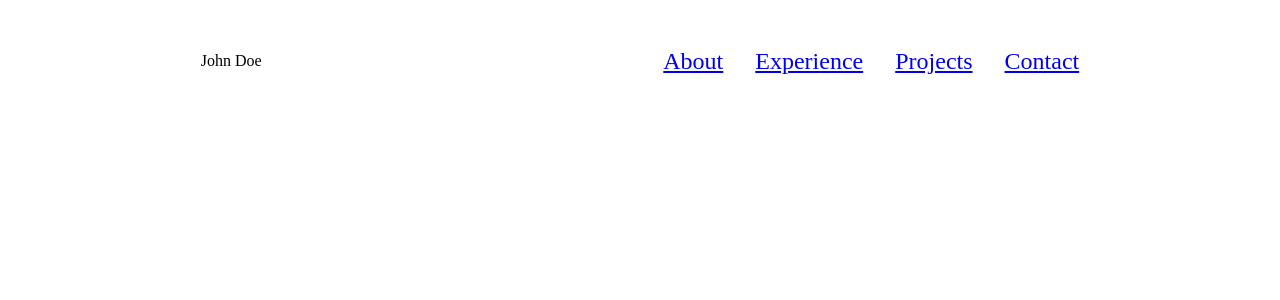
Repository: oliverli1728/portfolio
Page: index.html
These files come from the project's save history. The page is drawn as it stood at one moment and after the next save; the edit follows.
The browser window is 1280 px wide. The pictures show the whole page.
Some web fonts or font styles are not loaded; a fallback is used.

Above is the page before, as saved 2025-09-25 19:54:28.

After the next save:
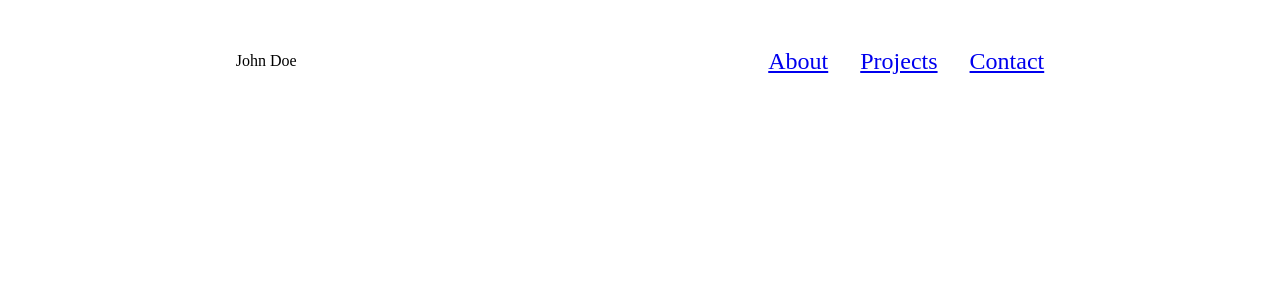
Saved 10 s later.
--- a/index.html
+++ b/index.html
@@ -13,7 +13,6 @@
             <div>
                 <ul class="nav-links">
                     <li> <a href="#about">About</a></li>
-                    <li> <a href="#experience">Experience</a></li>
                     <li> <a href="#projects">Projects</a></li>
                     <li> <a href="#contact">Contact</a></li>
                 </ul>
